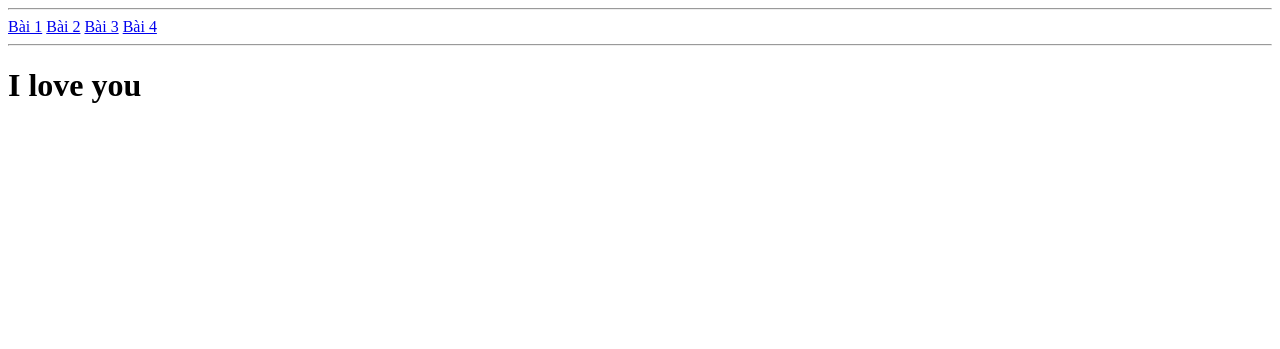
Repository: anhb287/Lab1_8_JAV101
Page: http://localhost/Lab1_TV00062/bai3
An editor plug-in stored every save of this project. The page is shown before and after the next save, followed by the edit.
The browser window is 1280 px wide. The pictures show the whole page.
The page is served by Tomcat 10. Other server files are loaded and not shown.

Above is the page before, as saved 2025-11-07 07:32:57.

### Lab1_TV00062/src/main/webapp/bai3.jsp
<%@ page language="java" contentType="text/html; charset=UTF-8"
    pageEncoding="UTF-8"%>
<!DOCTYPE html>
<html>
<head>
<meta charset="UTF-8">
<title>Bai 3</title>
</head>
<body>
<jsp:include page="menu.jsp"></jsp:include>
<h1> I love you  <h1>

</body>
</html>

### Lab1_TV00062/src/main/webapp/menu.jsp
<%@ page language="java" contentType="text/html; charset=UTF-8"
    pageEncoding="UTF-8"%>
<!DOCTYPE html>
<html>
<head>
<meta charset="UTF-8">
<title>Insert title here</title>
</head>
<body>

	<hr/>
	<a href="bai1">Bài 1</a>
	<a href="bai2">Bài 2</a>
	<a href="bai3">Bài 3</a>
	<a href="bai4">Bài 4</a>
	<hr/>
</body>
</html>

### Lab1_TV00062/src/main/java/test_lab/Bai3_controller.java
package test_lab;


import java.io.IOException;

import jakarta.servlet.ServletException;
import jakarta.servlet.annotation.WebServlet;
import jakarta.servlet.http.HttpServlet;
import jakarta.servlet.http.HttpServletRequest;
import jakarta.servlet.http.HttpServletResponse;

@WebServlet("/bai3")
public class Bai3_controller extends HttpServlet{


	protected void doGet(HttpServletRequest req, HttpServletResponse resp) throws ServletException, IOException {

		req.getRequestDispatcher("bai3.jsp").forward(req, resp);
	}
}

After the next save:
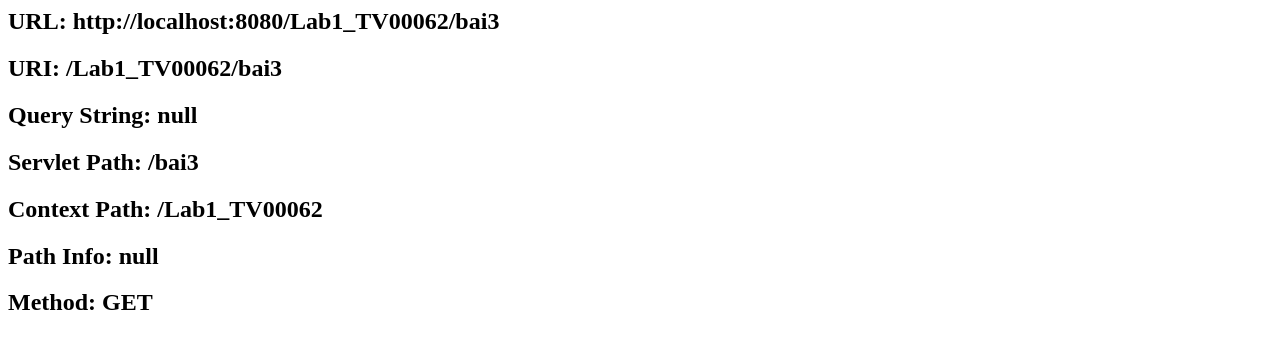
Saved 2 min 17 s later.
--- a/Lab1_TV00062/src/main/java/test_lab/Bai3_controller.java
+++ b/Lab1_TV00062/src/main/java/test_lab/Bai3_controller.java
@@ -1,5 +1,4 @@
 package test_lab;
-
 
 import java.io.IOException;
 
@@ -10,11 +9,26 @@ import jakarta.servlet.http.HttpServletRequest;
 import jakarta.servlet.http.HttpServletResponse;
 
 @WebServlet("/bai3")
-public class Bai3_controller extends HttpServlet{
+public class Bai3_controller extends HttpServlet {
+	@Override
+	protected void doGet(HttpServletRequest req, HttpServletResponse resp) throws ServletException, IOException {
+		// TODO Auto-generated method stub
+		resp.setContentType("text/html;charset=UTF-8");
 
+		String url = req.getRequestURL().toString();
+		String uri = req.getRequestURI();
+		String queryString = req.getQueryString();
+		String servletPath = req.getServletPath();
+		String contextPath = req.getContextPath();
+		String pathInfo = req.getPathInfo();
+		String method = req.getMethod();
 
-	protected void doGet(HttpServletRequest req, HttpServletResponse resp) throws ServletException, IOException {
-
-		req.getRequestDispatcher("bai3.jsp").forward(req, resp);
+		resp.getWriter().println("<h2> URL: " + url + " </h2>");
+		resp.getWriter().println("<h2> URI: " + uri + " </h2>");
+		resp.getWriter().println("<h2> Query String: " + queryString + " </h2>");
+		resp.getWriter().println("<h2> Servlet Path: " + servletPath + " </h2>");
+		resp.getWriter().println("<h2> Context Path: " + contextPath + " </h2>");
+		resp.getWriter().println("<h2> Path Info: " + pathInfo + " </h2>");
+		resp.getWriter().println("<h2> Method: " + method + " </h2>");
 	}
 }
